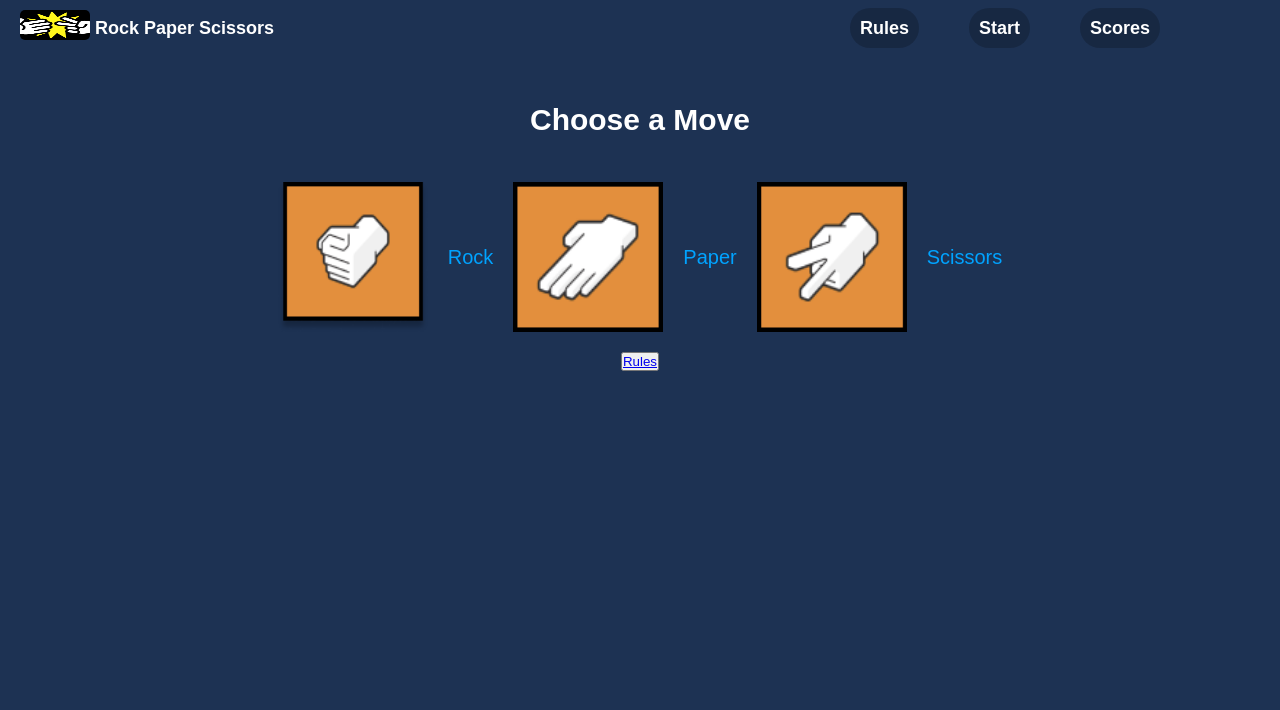
Repository: MikkyPrestige/rock-paper-scissors
Page: game.html
These files come from the project's save history. The page is drawn as it stood at one moment and after the next save; the edit follows.
The browser window is 1280 px wide. The pictures show the whole page.

Above is the page before, as saved 2023-05-08 06:43:15.

### game.html
<!DOCTYPE html>
<html lang="en">

<head>
  <meta charset="UTF-8">
  <meta http-equiv="X-UA-Compatible" content="IE=edge">
  <meta name="viewport" content="width=device-width, initial-scale=1.0">
  <title>Rock, Paper, Scissors</title>
  <link rel="stylesheet" href="./index.css">
</head>

<body>
  <main>
    <header>
      <figure class="headerLogo">
        <a href="/">
          <img src="./img/logo.png" alt="Logo" class="logo">
        </a>
        <figcaption class="logoCaption">Rock Paper Scissors</figcaption>
      </figure>
      <nav>
        <ul>
          <li><a href="#rule">Rules</a></li>
          <li><a href="./game.html">Start</a></li>
          <li><a href="#">Scores</a></li>
        </ul>
      </nav>
    </header>
    <section class="game">
      <h1 class="game--title">Choose a Move</h1>
      <figure class="game--img">
        <img src="./img/rock.png" alt="Rock image">
        <figcaption class="game--caption">Rock</figcaption>
        <img src="./img/paper.png" alt="paper image">
        <figcaption class="game--caption">Paper</figcaption>
        <img src="./img/scissors.png" alt="scissors image">
        <figcaption class="game--caption">Scissors</figcaption>
      </figure>
      <button class="rule-btn">
        <a href="./index.html#rule">Rules</a>
      </button>
    </section>
  </main>
</body>

</html>

### index.css
*,
*::after,
*::before {
  box-sizing: border-box;
  margin: 0;
  padding: 0;
}

html {
  font-size: 62.5%;
}

body {
  font-family: "Fira Sans", sans-serif;
  font-size: 1.6rem;
  line-height: 1.5;
  background: rgba(29, 50, 83, 1);
  color: rgba(255, 255, 255, 1);
  width: 100%;
  height: 100%;
}

main {
  display: flex;
  flex-direction: column;
  justify-content: center;
  align-items: center;
  gap: 2rem;
  height: 100%;
  width: 100%;
}

header {
  display: flex;
  justify-content: space-between;
  align-items: center;
  padding: 1rem 2rem;
  width: 100%;
  height: auto;
}

.headerLogo {
  display: flex;
  align-items: center;
  gap: .5rem;
  height: auto;
}

.logo {
  width: 7rem;
  height: 3rem;
  border-radius: .5rem;
  -webkit-border-radius: .5rem;
  -moz-border-radius: .5rem;
  -ms-border-radius: .5rem;
  -o-border-radius: .5rem;
}

.logoCaption {
  font-size: 1.8rem;
  font-weight: 600;
  color: rgba(255, 255, 255, 1);
}

nav {
  height: auto;
  margin-right: 10rem;
}

ul {
  display: flex;
  justify-content: center;
  align-items: center;
  gap: 5rem;
  list-style: none;
}

li a {
  font-size: 1.8rem;
  font-weight: 600;
  color: rgba(255, 255, 255, 1);
  background: linear-gradient(0deg, rgba(0, 0, 0, 0.2), rgba(0, 0, 0, 0.2)), #1D3253;
  text-decoration: none;
  padding: 1rem;
  border-radius: 2rem;
}

li a:hover {
  background: rgba(255, 255, 255, 1);
  color: rgba(29, 50, 83, 1);
  text-decoration: underline;
}

.home {
  display: flex;
  justify-content: center;
  align-items: center;
  width: 100%;
  height: 70vh;
}

.images {
  position: relative;
  height: 100%;
  flex-basis: 30%;
}

.img {
  background: rgba(253, 253, 253, 0.9);
  border-radius: 50%;
  -webkit-border-radius: 50%;
  -moz-border-radius: 50%;
  -ms-border-radius: 50%;
  -o-border-radius: 50%;
  width: 15rem;
  height: 15rem;
}

.rock {
  position: absolute;
  top: 5rem;
  left: 0rem;
}

.paper {
  position: absolute;
  top: 5rem;
  right: 5rem;
}

.scissors {
  position: absolute;
  bottom: 5rem;
  left: 8rem;
}

.content {
  display: flex;
  flex-direction: column;
  justify-content: center;
  align-items: center;
  gap: 2rem;
}

.content--title {
  font-size: 3.6rem;
  font-weight: 600;
  width: 70%;
  text-transform: uppercase;
}

.content-rock {
  color: rgba(195, 183, 183, 1);
}

.content-scissors {
  color: rgba(233, 35, 35, 1);
}

.content--text {
  font-size: 2.5rem;
  font-weight: 400;
  width: 70%;
}

.fun {
  color: rgba(233, 35, 35, 1);
}

.btn {
  width: 13rem;
  height: 5rem;
  background: #2C7AF0;
  border-radius: 1rem;
  -webkit-border-radius: 1rem;
  -moz-border-radius: 1rem;
  -ms-border-radius: 1rem;
  -o-border-radius: 1rem;
  border: none;
  margin-top: 5rem;
  transition: all .3s ease-in-out;
  -webkit-transition: all .3s ease-in-out;
  -moz-transition: all .3s ease-in-out;
  -ms-transition: all .3s ease-in-out;
  -o-transition: all .3s ease-in-out;
}

.btn a {
  text-decoration: none;
  font-size: 2rem;
  color: rgba(255, 255, 255, 1);
  cursor: pointer;
}

.btn a:hover {
  color: rgba(44, 122, 240, 1);
}

.btn:hover {
  background: rgba(255, 255, 255, .7);
}

.rule {
  width: 100%;
  height: 100%;
  background: #D0CEC9;
}

.rule--container {
  display: flex;
  flex-direction: column;
  justify-content: center;
  align-items: center;
  gap: 1rem;
  margin: 2rem;
}

.rule--title {
  font-size: 3rem;
  font-weight: 600;
  color: #000;
}

.rule--content {
  display: flex;
  justify-content: space-around;
  align-items: center;
}

.rule--img {
  width: 35rem;
  height: 35rem;
}

.rule--para {
  background: #C4C4C4;
  width: 50%;
  text-align: center;
  padding: 2rem 5rem;
  border-radius: 3rem;
  -webkit-border-radius: 3rem;
  -moz-border-radius: 3rem;
  -ms-border-radius: 3rem;
  -o-border-radius: 3rem;
  display: flex;
  flex-direction: column;
  justify-content: center;
  align-items: center;
  gap: 1rem;
}

.rule--text {
  color: rgba(0, 163, 255, 1);
}

.game {
  display: flex;
  flex-direction: column;
  justify-content: center;
  align-items: center;
  gap: 2rem;
  width: 100%;
  height: 100%;
}

.game--title {
  font-size: 3rem;
  font-weight: 600;
  margin: 2rem;
}

.game--img {
  display: flex;
  justify-content: center;
  align-items: center;
  gap: 2rem;
  width: 100%;
}

.game--img img {
  width: 15rem;
  height: 15rem;
}

.game--caption {
  font-size: 2rem;
  color: rgba(0, 163, 255, 1);
}

footer {
  margin: 1rem auto;
}

.footer--text {
  font-family: "Inter";
}

.footer--link {
  color: rgba(44, 122, 240, 1);
  text-decoration: none;
}

After the next save:
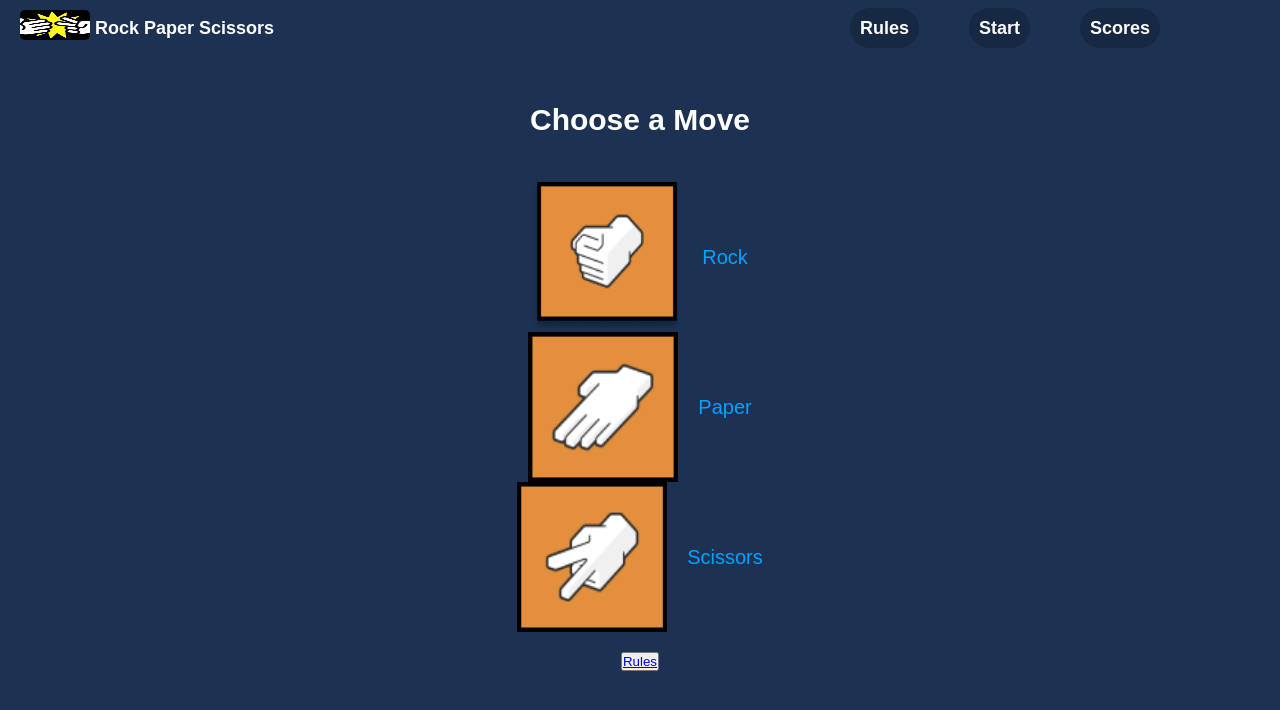
Saved 72 s later.
--- a/game.html
+++ b/game.html
@@ -28,13 +28,19 @@
     </header>
     <section class="game">
       <h1 class="game--title">Choose a Move</h1>
-      <figure class="game--img">
+      <figure class="game--images">
+       <div class="game--img">
         <img src="./img/rock.png" alt="Rock image">
         <figcaption class="game--caption">Rock</figcaption>
-        <img src="./img/paper.png" alt="paper image">
+       </div>
+        <div class="game--img">
+          <img src="./img/paper.png" alt="paper image">
         <figcaption class="game--caption">Paper</figcaption>
-        <img src="./img/scissors.png" alt="scissors image">
+        </div>
+        <div class="game--img">
+          <img src="./img/scissors.png" alt="scissors image">
         <figcaption class="game--caption">Scissors</figcaption>
+        </div>
       </figure>
       <button class="rule-btn">
         <a href="./index.html#rule">Rules</a>
